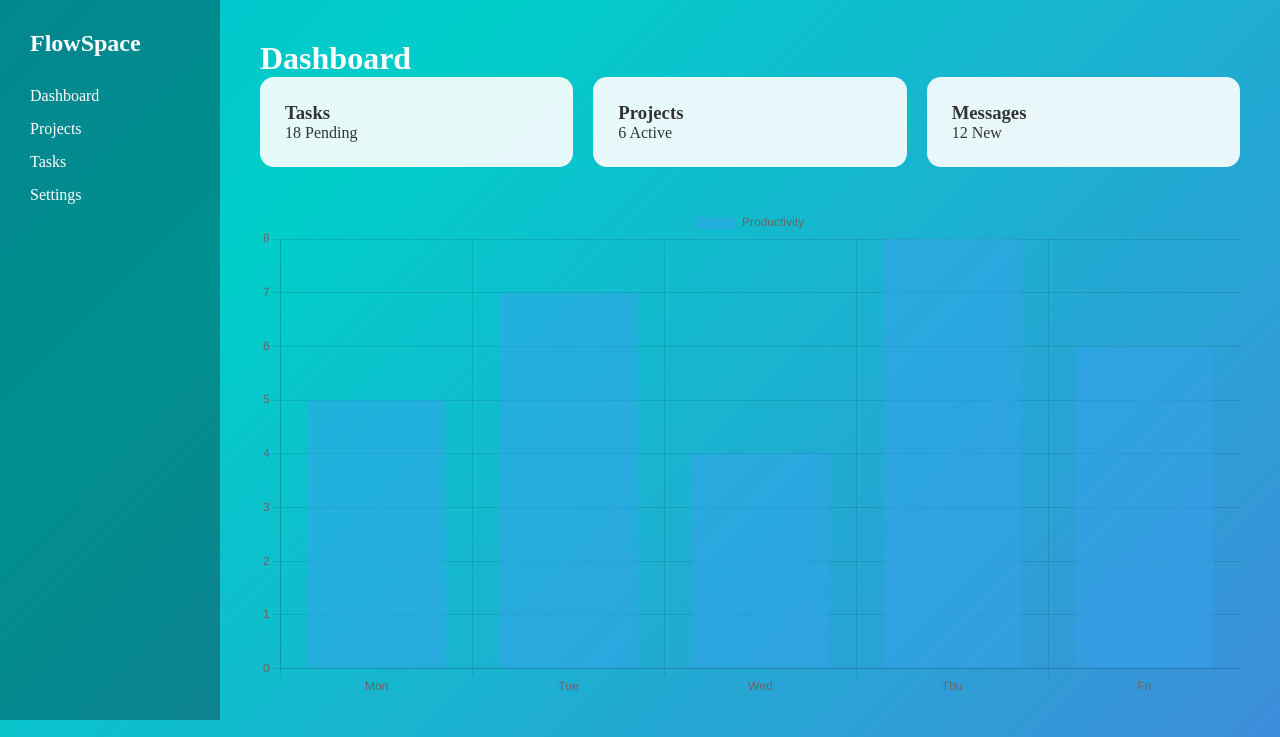
Repository: 07MADARA/flowspace-dashboard
Page: dashboard.html
The author's editor kept a copy of each file at every save. The page is drawn from the files as they stood at one save, then again after the next save.
The browser window is 1280 px wide. The pictures show the whole page.

Above is the page before, as saved 2026-03-15 10:07:35.
Console error: TypeError: Cannot read properties of null (reading 'style')

After the next save:
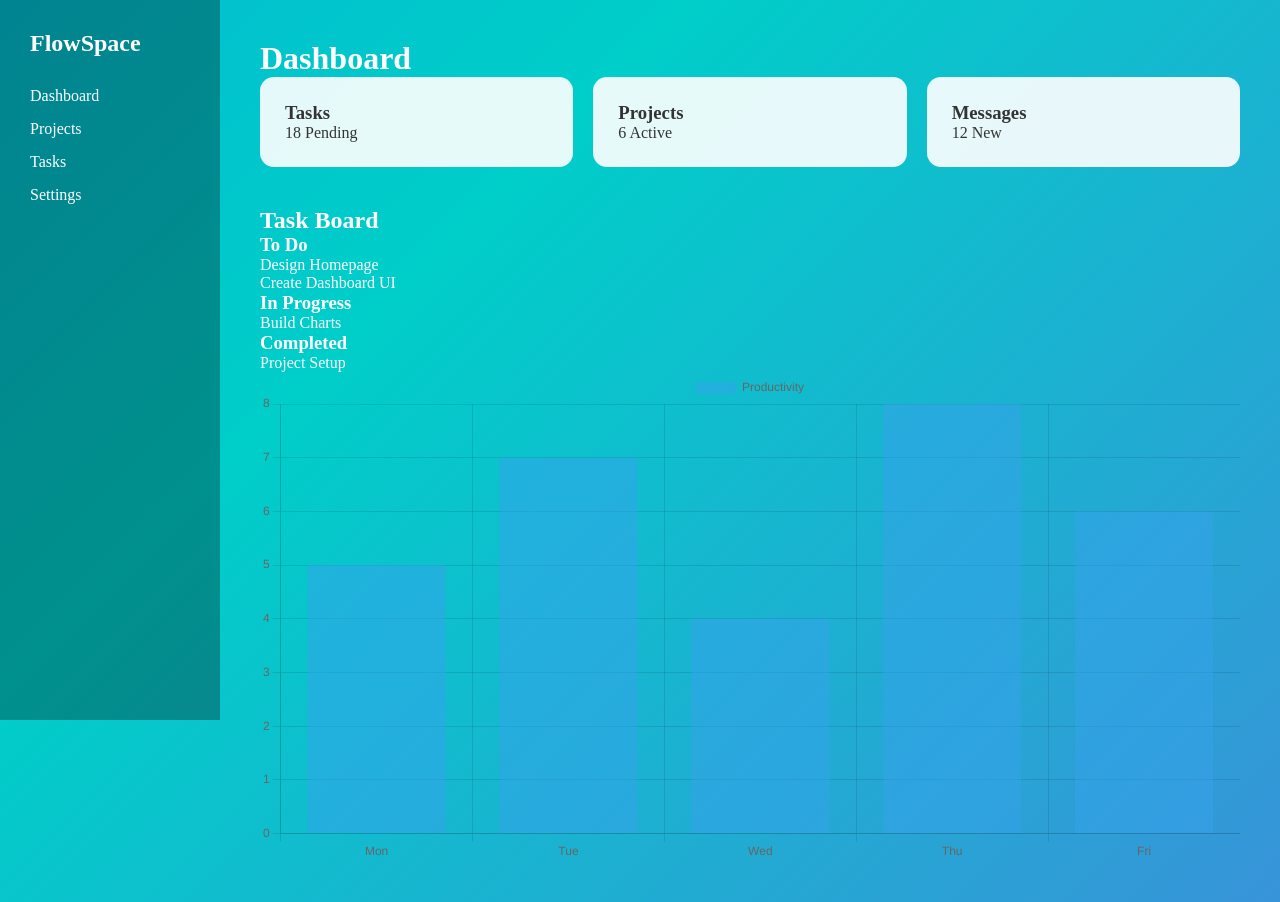
Saved 2 min 44 s later.
--- a/dashboard.html
+++ b/dashboard.html
@@ -53,6 +53,37 @@
 
 </div>
 
+<h2>Task Board</h2>
+
+<div class="task-board">
+
+<div class="column">
+
+<h3>To Do</h3>
+
+<div class="task" draggable="true">Design Homepage</div>
+<div class="task" draggable="true">Create Dashboard UI</div>
+
+</div>
+
+<div class="column">
+
+<h3>In Progress</h3>
+
+<div class="task" draggable="true">Build Charts</div>
+
+</div>
+
+<div class="column">
+
+<h3>Completed</h3>
+
+<div class="task" draggable="true">Project Setup</div>
+
+</div>
+
+</div>
+
 <canvas id="chart"></canvas>
 
 </div>
